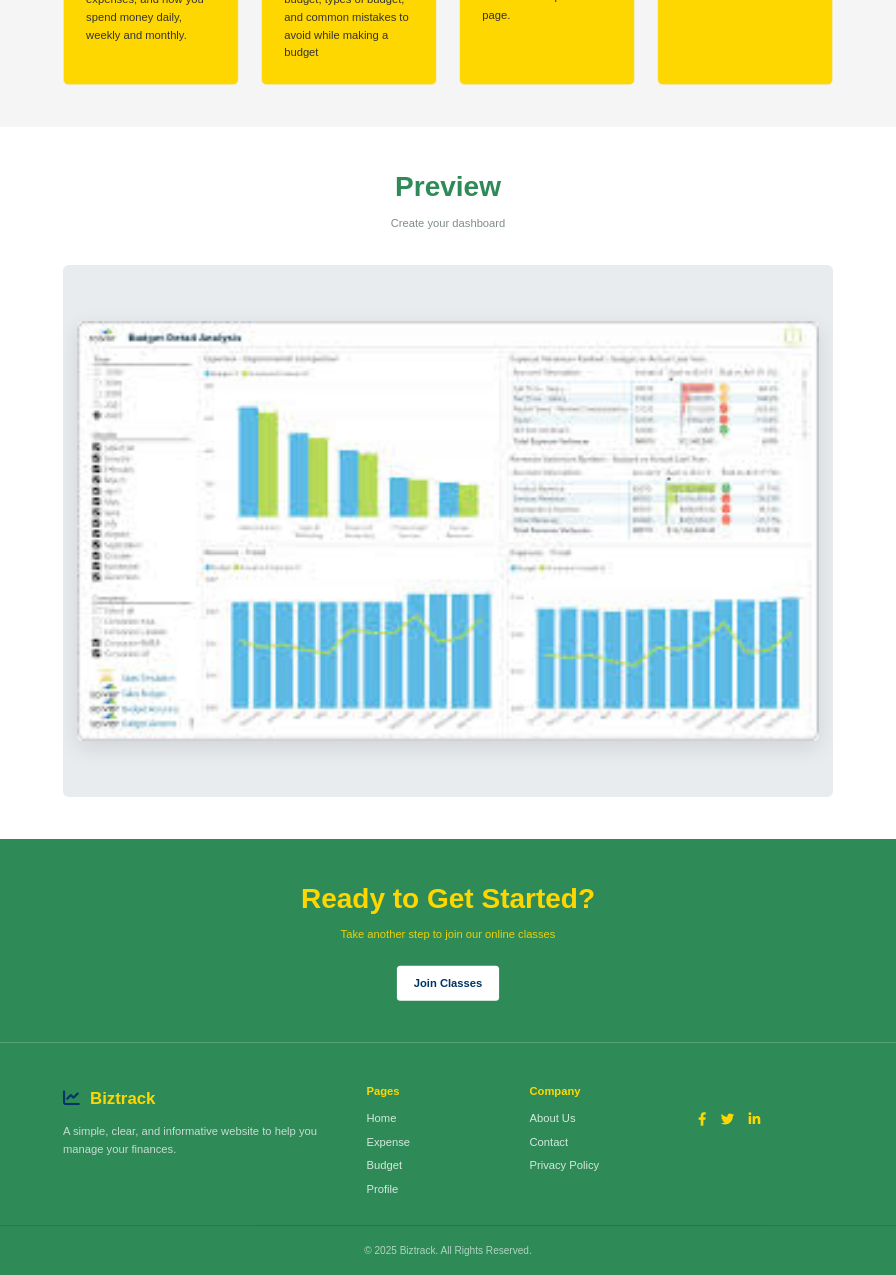
Repository: JoyUdoh106/wdd131
Page: project/index.html
These files come from the project's save history. The page is drawn as it stood at one moment and after a run of saves; the edit follows.
The browser window is 1280 px wide. The pictures show the part of the page from y = 912 to 2832 px (the page is 2734 px tall before and 2832 px after), at 70% of full size.

Above is the page before, as saved 2025-08-10 20:21:36.

### project/index.html
<!DOCTYPE html>
<html lang="en">
<head>
    <meta charset="UTF-8">
    <meta name="viewport" content="width=device-width, initial-scale=1.0">
    <title>BIZTRACK - Track Expense and Budget - HOME PAGE</title>
    <meta name="description" content="An informational website on tracking expenses and making budgets - Home page">
    <meta name="author" content="Joy Paulinus Udoh">

    <link rel="stylesheet" href="styles/project.css">
    <script src="scripts/project.js" defer></script>
    <link rel="stylesheet" href="styles/project-large.css">
    <link rel="stylesheet" href="https://cdnjs.cloudflare.com/ajax/libs/font-awesome/6.4.0/css/all.min.css">

    <link rel="preconnect" href="https://fonts.googleapis.com">
    <link rel="preconnect" href="https://fonts.gstatic.com" crossorigin>
    <link href="https://fonts.googleapis.com/css2?family=Merriweather:wght@300;400&family=Roboto:ital,wght@0,100..900;1,100..900&display=swap" rel="stylesheet">
</head>
<body>
    <header>
        <div class="container header-container">
            <a href="index.html" class="logo"><i class="fas fa-chart-line"></i> Biztrack</a>
            <nav class="main-nav">
                <ul class="nav-links">
                    <li><a href="index.html" class="nav-link active">Home</a></li>
                    <li><a href="expense.html" class="nav-link">Expense</a></li>
                    <li><a href="budget.html" class="nav-link">Budget</a></li>
                    <li><a href="profile.html" class="nav-link">Profile</a></li>
                </ul>
            </nav>
            <a href="#" class="btn btn-primary get-started-btn">Get Started</a>
            <button class="nav-toggle" id="nav-toggle-btn">
                <i class="fas fa-bars"></i>
            </button>
        </div>
    </header>

    <div class="mobile-nav" id="mobile-nav-menu">
        <a href="index.html" class="nav-link active">Home</a>
        <a href="expense.html" class="nav-link">Expense</a>
        <a href="budget.html" class="nav-link">Budget</a>
        <a href="profile.html" class="nav-link">Profile</a>
    </div>

    <main>
        <section class="hero-section">
            <div class="container">
                <h1>Track Your Business Expenses Effortlessly</h1>
                <p>Let's give you a basic education to help you manage money right, and spend well.</p>
                <a href="#" class="btn btn-primary">Join Classes</a>
            </div>
        </section>

        <section class="features-section">
            <div class="container">
                <h2>Key Features</h2>
                <p>Below are the key festures of our website. Feel free to go through them all.</p>
                <div class="features-grid">
                    <div class="feature-card reveal">
                        <i class="fas fa-file-invoice-dollar icon"></i>
                        <h3>Expense Tracking</h3>
                        <p>Learn how to track your expenses, and how you spend money daily, weekly and monthly.</p>
                    </div>
                    <div class="feature-card reveal">
                        <i class="fas fa-wallet icon"></i>
                        <h3>Budget Management</h3>
                        <p>Learn how to set up a budget, types of budget, and common mistakes to avoid while making a budget</p>
                    </div>
                    <div class="feature-card reveal">
                        <i class="fas fa-chart-pie icon"></i>
                        <h3>Analytics Dashboard</h3>
                        <p>Check out the profile page.</p>
                    </div>
                    <div class="feature-card reveal">
                        <i class="fas fa-file-alt icon"></i>
                        <h3>Report Generation</h3>
                        <p>Watch your progress.</p>
                    </div>
                </div>
            </div>
        </section>

        <section class="preview-section">
            <div class="container">
                <h2>Preview</h2>
                <p>Create your dashboard</p>
                <div class="dashboard-preview reveal">
                    <img src="images/dashboard-preview - Copy.jpeg" alt="Biztrack Dashboard Preview" style="width:100%; height:auto; border-radius: 8px; box-shadow: 0 10px 30px rgba(0,0,0,0.1);">
                </div>
            </div>
        </section>

        <section class="cta-section">
            <div class="container">
                <h2>Ready to Get Started?</h2>
                <p>Take another step to join our online classes</p>
                <a href="#" class="btn btn-light">Join Classes</a>
            </div>
        </section>
    </main>
     <footer>
        <div class="container footer-container">
            <div class="footer-about">
                <a href="index.html" class="logo"><i class="fas fa-chart-line"></i> Biztrack</a>
                <p>A simple, clear, and informative website to help you manage your finances.</p>
            </div>
            <div class="footer-links">
                <h4>Pages</h4>
                <ul>
                    <li><a href="index.html">Home</a></li>
                    <li><a href="expense.html">Expense</a></li>
                    <li><a href="budget.html">Budget</a></li>
                    <li><a href="profile.html">Profile</a></li>
                </ul>
            </div>
            <div class="footer-links">
                <h4>Company</h4>
                <ul>
                    <li><a href="#">About Us</a></li>
                    <li><a href="#">Contact</a></li>
                    <li><a href="#">Privacy Policy</a></li>
                </ul>
            </div>
            <div class="footer-social">
                <h4>Follow Us</h4>
                <div class="social-icons">
                    <a href="https://facebook.com/joypaulinusudoh"><i class="fab fa-facebook-f"></i></a>
                    <a href="https://twitter.com"><i class="fab fa-twitter"></i></a>
                    <a href="https://linkedin.com/in/joypaulinusudoh"><i class="fab fa-linkedin-in"></i></a>
                </div>
            </div>
        </div>
        <div class="footer-bottom">
            <p>&copy; 2025 Biztrack. All Rights Reserved.</p>
        </div>
    </footer>

    <nav class="mobile-bottom-nav">
        <a href="index.html" class="bottom-nav-link active">
            <i class="fas fa-home"></i>
            <span>Home</span>
        </a>
        <a href="expense.html" class="bottom-nav-link">
            <i class="fas fa-file-invoice-dollar"></i>
            <span>Expense</span>
        </a>
        <a href="budget.html" class="bottom-nav-link">
            <i class="fas fa-wallet"></i>
            <span>Budget</span>
        </a>
        <a href="profile.html" class="bottom-nav-link">
            <i class="fas fa-user"></i>
            <span>Profile</span>
        </a>
    </nav>

</body>
</html>

### project/styles/project.css
:root {
    --primary-color: #003366;
    --dark-color: #2e8b57;
    --light-color: #ffd700;
    --text-color: #333333;
    --bg-color: #f5f5f5;
    --grey-color: #7f8c8d;
    --border-color: #ecf0f1;
}

* {
    margin: 0;
    padding: 0;
    box-sizing: border-box;
}

body {
    font-family: 'Poppins', sans-serif;
    color: var(--text-color);
    background-color: #ffffff;
    line-height: 1.6;
}

.container {
    width: 90%;
    max-width: 1100px;
    margin: 0 auto;
}

a {
    text-decoration: none;
    color: var(--primary-color);
}

ul {
    list-style-type: none;
}

h1, h2, h3, h4 {
    color: var(--dark-color);
    line-height: 1.2;
    margin-bottom: 1rem;
}

h1 { font-size: 2.5rem; }
h2 { font-size: 2rem; }

section {
    padding: 60px 0;
}

.btn {
    display: inline-block;
    padding: 12px 24px;
    border-radius: 5px;
    font-weight: 600;
    transition: background-color 0.3s ease, color 0.3s ease;
    border: none;
    cursor: pointer;
}

.btn-primary {
    background-color: var(--dark-color);
    color: #ffffff;
}

.btn-primary:hover {
    background-color: #004488;
}

.btn-light {
    background-color: #ffffff;
    color: var(--primary-color);
}
.btn-light:hover {
    background-color: var(--border-color);
}

header {
    background-color: var(--light-color);
    border-bottom: 1px solid var(--border-color);
    padding: 1rem 0;
    position: sticky;
    top: 0;
    z-index: 1000;
}

.header-container {
    display: flex;
    justify-content: space-between;
    align-items: center;
}

.logo {
    font-size: 1.5rem;
    font-weight: 700;
    color: var(--dark-color);
}
.logo i {
    margin-right: 8px;
    color: var(--primary-color);
}

.main-nav { display: none; }
.nav-toggle {
    background: none;
    border: none;
    font-size: 1.5rem;
    color: var(--dark-color);
    cursor: pointer;
}
.get-started-btn { display: none; }

.mobile-nav {
    display: none;
    flex-direction: column;
    background-color: var(--light-color);
    position: fixed;
    top: 65px;
    left: 0;
    width: 100%;
    padding: 1rem 0;
    border-bottom: 1px solid var(--border-color);
    z-index: 999;
}
.mobile-nav.open {
    display: flex;
}
.mobile-nav a {
    padding: 1rem 5%;
    color: var(--dark-color);
    font-weight: 500;
}
.mobile-nav a.active {
    color: var(--primary-color);
    font-weight: 700;
}

.hero-section {
    background-color: var(--light-color);
    text-align: center;
    padding: 80px 0;
}
.hero-section h1 {
    font-size: 2.2rem;
}
.hero-section p {
    max-width: 600px;
    margin: 1rem auto 2rem;
    font-size: 1.1rem;
    color: var(--grey-color);
}

.features-section {
    background-color: var(--bg-color);
    text-align: center;
}
.features-section > .container > p {
    max-width: 600px;
    margin: 0 auto 3rem;
    color: var(--grey-color);
}
.features-grid {
    display: grid;
    grid-template-columns: 1fr;
    gap: 2rem;
}
.feature-card {
    background-color: var(--light-color);
    padding: 2rem;
    border: 1px solid var(--border-color);
    border-radius: 8px;
    text-align: left;
    transition: transform 0.3s ease, box-shadow 0.3s ease;
}
.feature-card:hover {
    transform: translateY(-5px);
    box-shadow: 0 10px 20px rgba(0,0,0,0.05);
}
.feature-card .icon {
    font-size: 2rem;
    color: var(--primary-color);
    background-color: #fffbeb;
    padding: 1rem;
    border-radius: 50%;
    margin-bottom: 1rem;
    display: inline-block;
}
.feature-card h3 {
    margin-bottom: 0.5rem;
}

.preview-section {
    text-align: center;
}
.preview-section p {
     max-width: 600px;
    margin: 0 auto 3rem;
    color: var(--grey-color);
}
.dashboard-preview {
    background-color: #e9ecef;
    border-radius: 8px;
    padding: 80px 20px;
    display: flex;
    flex-direction: column;
    justify-content: center;
    align-items: center;
    color: var(--grey-color);
}
.dashboard-preview i {
    font-size: 3rem;
    margin-bottom: 1rem;
}

.cta-section {
    background-color: var(--dark-color);
    color: var(--light-color);
    text-align: center;
}
.cta-section h2 { color: var(--light-color); }
.cta-section p {
    margin-bottom: 2rem;
    opacity: 0.9;
}

footer {
    background-color: var(--dark-color);
    color: var(--bg-color);
    padding-top: 60px;
}
.footer-container {
    display: grid;
    grid-template-columns: 1fr;
    gap: 2rem;
    text-align: center;
}
.footer-about .logo {
    color: var(--light-color);
}
.footer-about p {
    margin-top: 1rem;
    color: var(--border-color);
    opacity: 0.8;
}
.footer-links h4 {
    color: var(--light-color);
    margin-bottom: 1rem;
}
.footer-links ul li {
    margin-bottom: 0.5rem;
}
.footer-links a {
    color: #ffffff;
    opacity: 0.8;
    transition: opacity 0.3s ease;
}
.footer-links a:hover {
    opacity: 1;
}
.social-icons a {
    color: var(--light-color);
    font-size: 1.2rem;
    margin: 0 0.5rem;
    transition: color 0.3s ease;
}
.social-icons a:hover {
    color: var(--primary-color);
}

.footer-bottom {
    text-align: center;
    padding: 1.5rem 0;
    margin-top: 2rem;
    border-top: 1px solid #4a4a4a;
    font-size: 0.9rem;
    color: var(--border-color);
    opacity: 0.7;
}

.mobile-bottom-nav {
    position: fixed;
    bottom: 0;
    left: 0;
    width: 100%;
    background-color: var(--light-color);
    border-top: 1px solid var(--border-color);
    display: flex;
    justify-content: space-around;
    padding: 0.5rem 0;
    z-index: 1000;
}
.bottom-nav-link {
    display: flex;
    flex-direction: column;
    align-items: center;
    color: var(--grey-color);
    font-size: 0.75rem;
}
.bottom-nav-link i {
    font-size: 1.2rem;
    margin-bottom: 4px;
}
.bottom-nav-link.active {
    color: var(--primary-color);
}

body {
    padding-bottom: 70px;
}

.content-page {
    padding: 60px 0;
}
.content-page h1 {
    text-align: center;
}
.content-page .subtitle {
    text-align: center;
    font-size: 1.1rem;
    color: var(--grey-color);
    margin-bottom: 3rem;
}
.content-article {
    margin-bottom: 2.5rem;
    background: #fff;
    padding: 2rem;
    border: 1px solid var(--border-color);
    border-radius: 8px;
}
.content-article ul {
    list-style-type: disc;
    padding-left: 20px;
}
.content-article ul li {
    margin-bottom: 0.5rem;
}
.sample-data {
    background-color: var(--bg-color);
    border-left: 4px solid var(--primary-color);
    padding: 1rem;
    margin-top: 1rem;
    border-radius: 4px;
}

.reveal {
    opacity: 0;
    transform: translateY(20px);
    transition: opacity 0.6s ease-out, transform 0.6s ease-out;
}
.reveal.visible {
    opacity: 1;
    transform: translateY(0);
}

### project/scripts/project.js
document.addEventListener('DOMContentLoaded', function() {

    const navToggleBtn = document.getElementById('nav-toggle-btn');
    const mobileNavMenu = document.getElementById('mobile-nav-menu');

    if (navToggleBtn && mobileNavMenu) {
        navToggleBtn.addEventListener('click', () => {
            mobileNavMenu.classList.toggle('open');
            const icon = navToggleBtn.querySelector('i');
            if (mobileNavMenu.classList.contains('open')) {
                icon.classList.remove('fa-bars');
                icon.classList.add('fa-times');
            } else {
                icon.classList.remove('fa-times');
                icon.classList.add('fa-bars');
            }
        });
    }

    const currentPath = window.location.pathname.split("/").pop();
    const navLinks = document.querySelectorAll('.nav-link');
    const bottomNavLinks = document.querySelectorAll('.bottom-nav-link');

    const targetFile = currentPath === '' ? 'index.html' : currentPath;

    navLinks.forEach(link => {
        if (link.getAttribute('href') === targetFile) {
            link.classList.add('active');
        } else {
            link.classList.remove('active');
        }
    });

    bottomNavLinks.forEach(link => {
        if (link.getAttribute('href') === targetFile) {
            link.classList.add('active');
        } else {
            link.classList.remove('active');
        }
    });

    const revealElements = document.querySelectorAll('.reveal');

    const revealObserver = new IntersectionObserver((entries, observer) => {
        entries.forEach(entry => {
            if (entry.isIntersecting) {
                entry.target.classList.add('visible');
                observer.unobserve(entry.target);
            }
        });
    }, {
        threshold: 0.1
    });

    revealElements.forEach(element => {
        revealObserver.observe(element);
    });

});

### project/styles/project-large.css
@media (min-width: 768px) {
    h1 { font-size: 3rem; }
    h2 { font-size: 2.5rem; }

    .nav-toggle, .mobile-nav, .mobile-bottom-nav {
        display: none;
    }
    body { padding-bottom: 0; }

    .main-nav {
        display: block;
    }
    .nav-links {
        display: flex;
        gap: 2rem;
        align-items: center;
    }
    .nav-link {
        color: var(--text-color);
        font-weight: 500;
        position: relative;
    }
    .nav-link::after {
        content: '';
        position: absolute;
        width: 0;
        height: 2px;
        bottom: -5px;
        left: 0;
        background-color: var(--primary-color);
        transition: width 0.3s;
    }
    .nav-link:hover::after, .nav-link.active::after {
        width: 100%;
    }
    .get-started-btn { display: inline-block; }
    .hero-section h1 { font-size: 3.5rem; }

    .features-grid {
        grid-template-columns: repeat(2, 1fr);
    }

    .footer-container {
        grid-template-columns: 2fr 1fr 1fr 1fr;
        text-align: left;
    }
}

@media (min-width: 992px) {
    .features-grid {
        grid-template-columns: repeat(4, 1fr);
    }
}

After the next 4 saves:
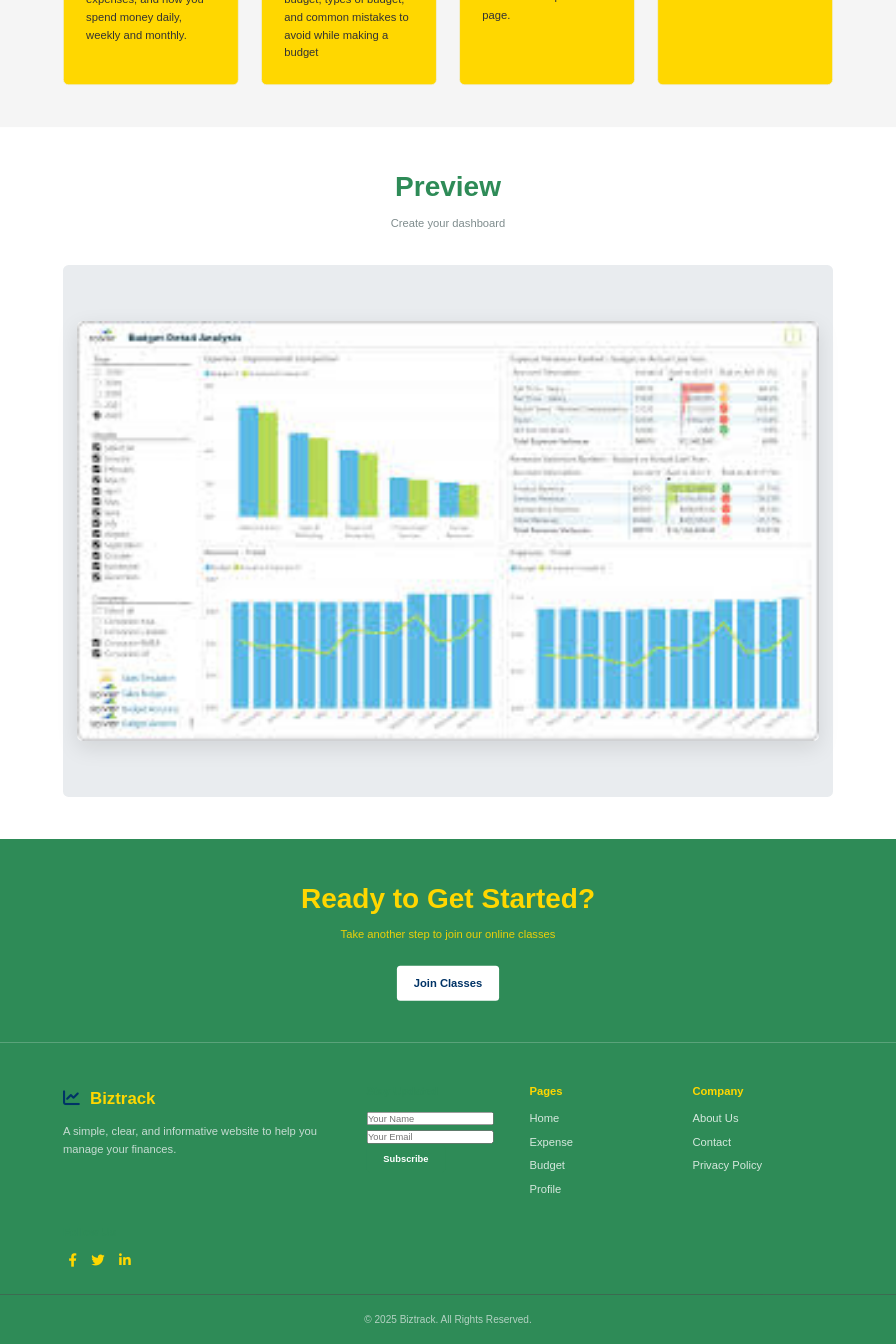
The 4 saves are shown as one change because they came seconds apart.
The last was saved 13 min 34 s later.
--- a/project/index.html
+++ b/project/index.html
@@ -104,6 +104,19 @@
                 <a href="index.html" class="logo"><i class="fas fa-chart-line"></i> Biztrack</a>
                 <p>A simple, clear, and informative website to help you manage your finances.</p>
             </div>
+
+             <div class="footer-form">
+            <h4>Stay Updated</h4>
+            <form id="contact-form" class="contact-form">
+                <label for="name-input" class="sr-only">Your Name</label>
+                <input type="text" id="name-input" placeholder="Your Name" required>
+                <label for="email-input" class="sr-only">Your Email</label>
+                <input type="email" id="email-input" placeholder="Your Email" required>
+                <button type="submit" class="btn btn-primary">Subscribe</button>
+            </form>
+            <p id="welcome-message" class="welcome-message"></p>
+        </div>
+
             <div class="footer-links">
                 <h4>Pages</h4>
                 <ul>
